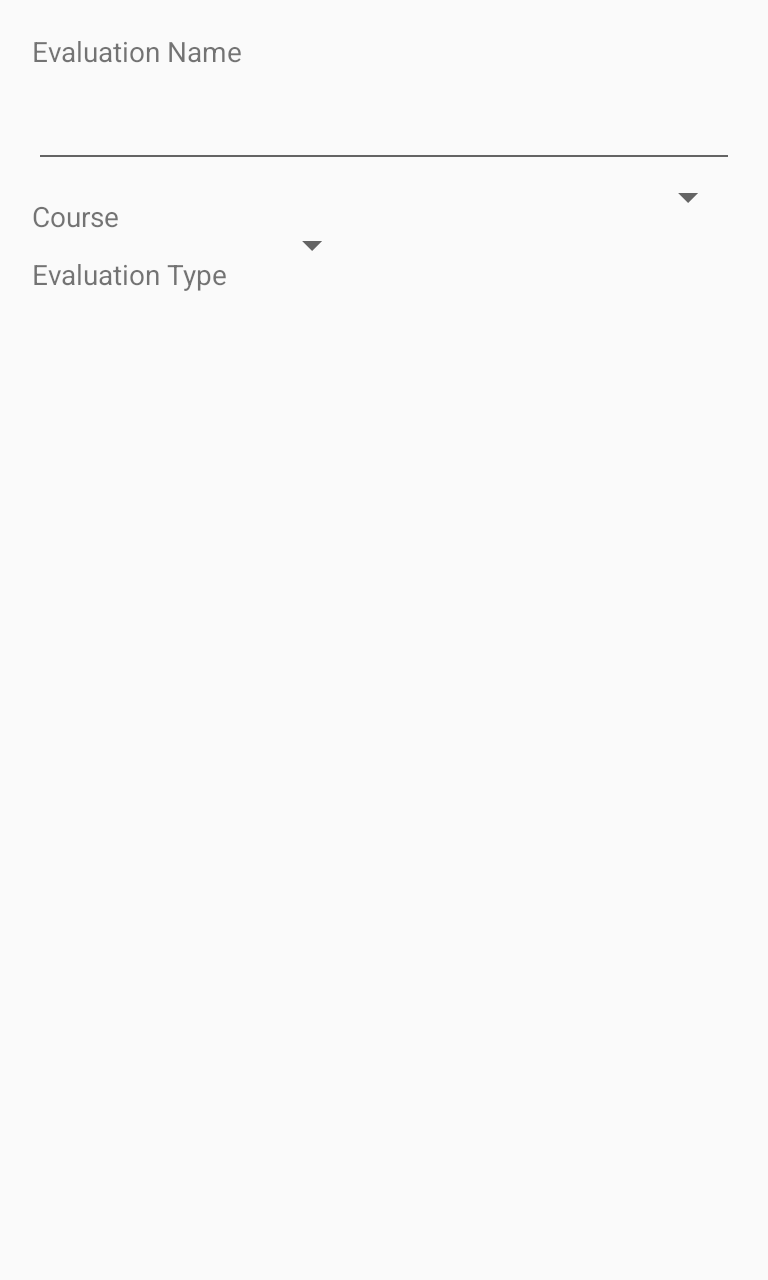
Repository: Tenergy05/GradePlanner
Layout: GradePlanner/res/layout/activity_add_mark.xml
These files come from the project's save history. The layout is drawn as it stood at one moment and after the next save; the edit follows.
It is drawn on a 768 x 1280 px phone screen (xhdpi) without system bars, with theme AppTheme; the app's code is not run.

Above is the layout before, as saved 2014-12-30 21:11:53.

### GradePlanner/res/layout/activity_add_mark.xml
<RelativeLayout xmlns:android="http://schemas.android.com/apk/res/android"
    xmlns:tools="http://schemas.android.com/tools"
    android:layout_width="match_parent"
    android:layout_height="match_parent"
    android:paddingBottom="@dimen/activity_vertical_margin"
    android:paddingLeft="@dimen/activity_horizontal_margin"
    android:paddingRight="@dimen/activity_horizontal_margin"
    android:paddingTop="@dimen/activity_vertical_margin"
    tools:context="com.example.gradeplanner.AddMarkActivity" >

    <TextView
        android:id="@+id/textView1"
        android:layout_width="wrap_content"
        android:layout_height="wrap_content"
        android:text="@string/eval_name" />

    <EditText
        android:id="@+id/editText1"
        android:layout_width="wrap_content"
        android:layout_height="wrap_content"
        android:layout_alignLeft="@+id/textView1"
        android:layout_alignParentRight="true"
        android:layout_below="@+id/textView1"
        android:layout_marginTop="10dp"
        android:inputType="text"
        android:ems="10" />

    <TextView
        android:id="@+id/textView2"
        android:layout_width="wrap_content"
        android:layout_height="wrap_content"
        android:layout_alignLeft="@+id/editText1"
        android:layout_below="@+id/editText1"
        android:layout_marginTop="12dp"
        android:text="@string/course" />

    <Spinner
        android:id="@+id/spinner1"
        android:layout_width="wrap_content"
        android:layout_height="wrap_content"
        android:layout_alignRight="@+id/editText1"
        android:layout_below="@+id/editText1"
        android:layout_toRightOf="@+id/textView2" />

    <TextView
        android:id="@+id/textView3"
        android:layout_width="wrap_content"
        android:layout_height="wrap_content"
        android:layout_alignLeft="@+id/textView2"
        android:layout_below="@+id/textView2"
        android:layout_marginTop="10dp"
        android:text="@string/eval_type" />

    <Spinner
        android:id="@+id/spinner2"
        android:layout_width="wrap_content"
        android:layout_height="wrap_content"
        android:layout_below="@+id/spinner1"
        android:layout_marginLeft="18dp"
        android:layout_toRightOf="@+id/textView3" />

</RelativeLayout>

### GradePlanner/res/values/strings.xml
<?xml version="1.0" encoding="utf-8"?>
<resources>

    <string name="app_name">Grade Planner</string>
    <string name="add_course">Add Course</string>
    <string name="course">Course</string>
    <string name="grade">Grade</string>
    <string name="goal">Goal</string>
    <string name="action_settings">Settings</string>
    <string name="title_activity_add_course">Add Course</string>
    <string name="course_code">Course Code</string>
    <string name="grade_goal">Course Goal</string>
    <string name="add_mark">Add Mark</string>
    <string name="percentage">%</string>
    <string name="submit">Submit</string>
    <string name="title_activity_add_mark">Add Mark</string>
    <string name="eval_name">Evaluation Name</string>
    <string name="eval_type">Evaluation Type</string>

</resources>

Loaded but not shown: GradePlanner/res/values/styles.xml (common file); GradePlanner/res/values-v11/styles.xml (common file); GradePlanner/res/values-v14/styles.xml (common file); GradePlanner/res/values/dimens.xml (common file); GradePlanner/res/values-w820dp/dimens.xml (common file)

After the next save:
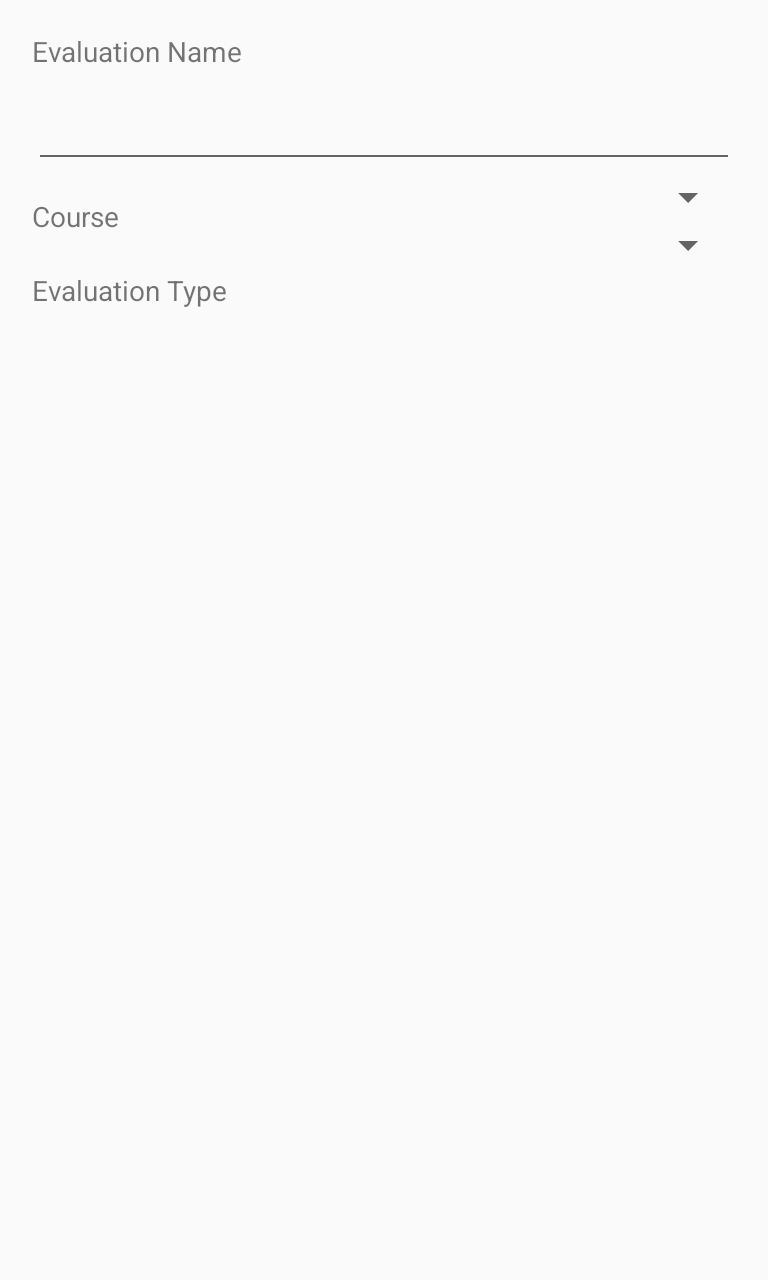
Saved 8 min 52 s later.
--- a/GradePlanner/res/layout/activity_add_mark.xml
+++ b/GradePlanner/res/layout/activity_add_mark.xml
@@ -48,15 +48,15 @@
         android:layout_height="wrap_content"
         android:layout_alignLeft="@+id/textView2"
         android:layout_below="@+id/textView2"
-        android:layout_marginTop="10dp"
+        android:layout_marginTop="18dp"
         android:text="@string/eval_type" />
 
     <Spinner
         android:id="@+id/spinner2"
         android:layout_width="wrap_content"
         android:layout_height="wrap_content"
-        android:layout_below="@+id/spinner1"
-        android:layout_marginLeft="18dp"
-        android:layout_toRightOf="@+id/textView3" />
+        android:layout_alignParentLeft="true"
+        android:layout_alignParentRight="true"
+        android:layout_below="@+id/spinner1" />
 
 </RelativeLayout>
